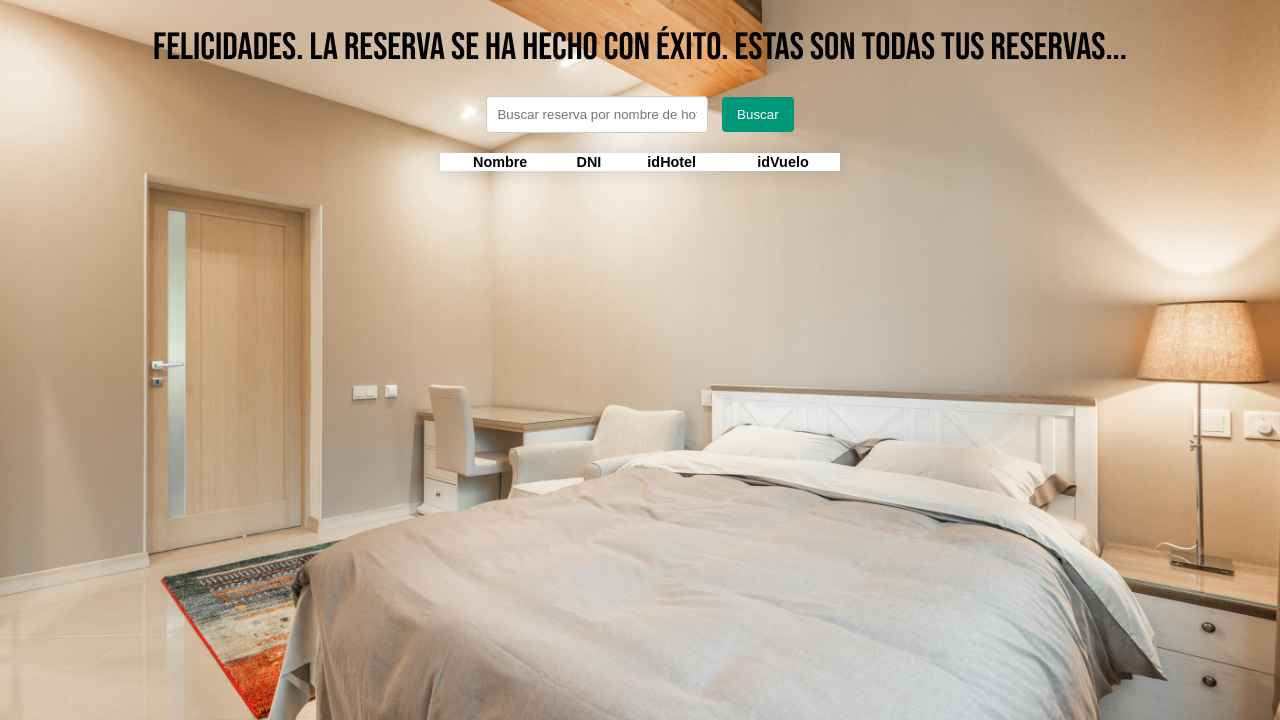
Repository: craschelf/GestionDeViajes-Microservicios
Page: http://localhost/listaReservas
An editor plug-in stored every save of this project. The page is shown before and after the next save, followed by the edit.
The browser window is 1280 px wide. The pictures show the whole page.
The page is this project's Thymeleaf template; nobody is signed in. The template is opened directly, without the code that normally fills it, so the values that code supplies are empty.

Above is the page before, as saved 2024-06-06 14:13:44.

After the next save:
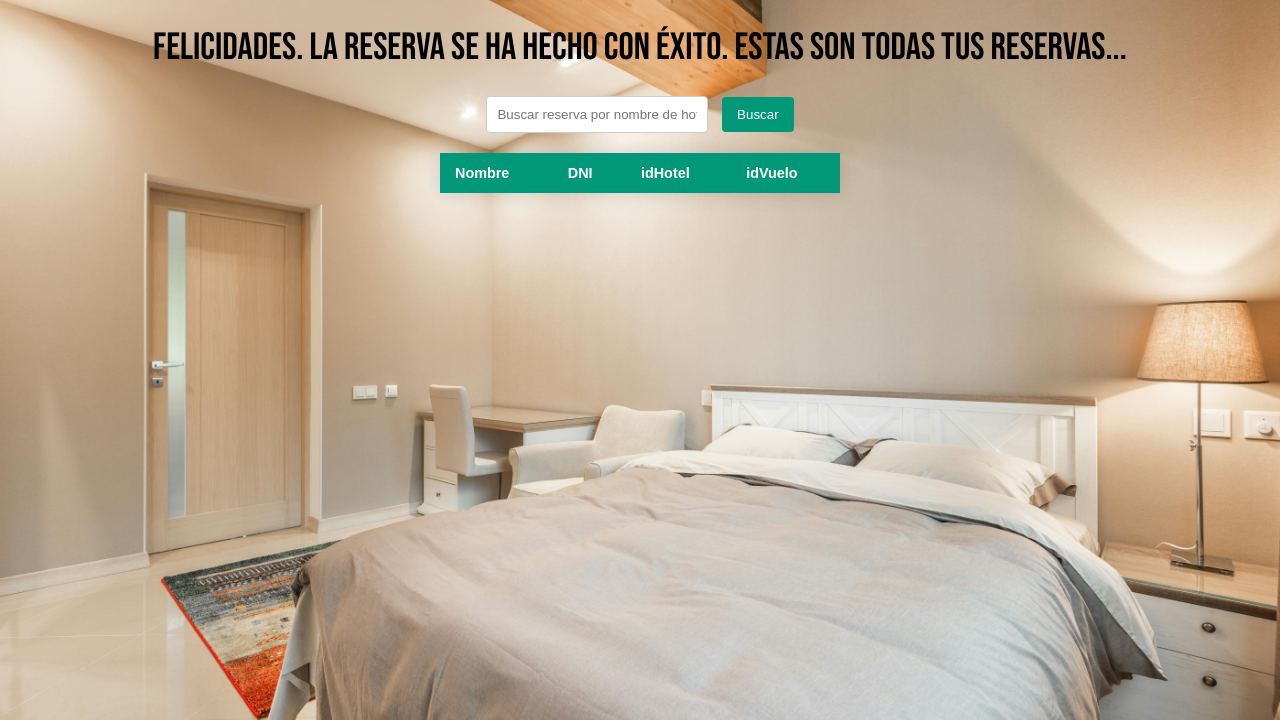
Saved 24 s later.
--- a/FrontProyectoFinal/src/main/resources/static/css/reservas.css
+++ b/FrontProyectoFinal/src/main/resources/static/css/reservas.css
@@ -54,22 +54,22 @@ body {
     background-color: rgb(255, 255, 255);
 }
 
-.tablaConHoteles thead tr {
+.tablaConReservas thead tr {
     background-color: #009879;
     color: #ffffff;
     text-align: left;
 }
 
-.tablaConHoteles th,
-.tablaConHoteles td {
+.tablaConReservas th,
+.tablaConReservas td {
     padding: 12px 15px;
 }
 
-.tablaConHoteles tbody tr {
+.tablaConReservas tbody tr {
     border-bottom: 1px solid #dddddd;
 }
 
-.tablaConHoteles tbody tr:nth-of-type(even) {
+.tablaConReservas tbody tr:nth-of-type(even) {
     background-color: #f3f3f3;
 }
 
